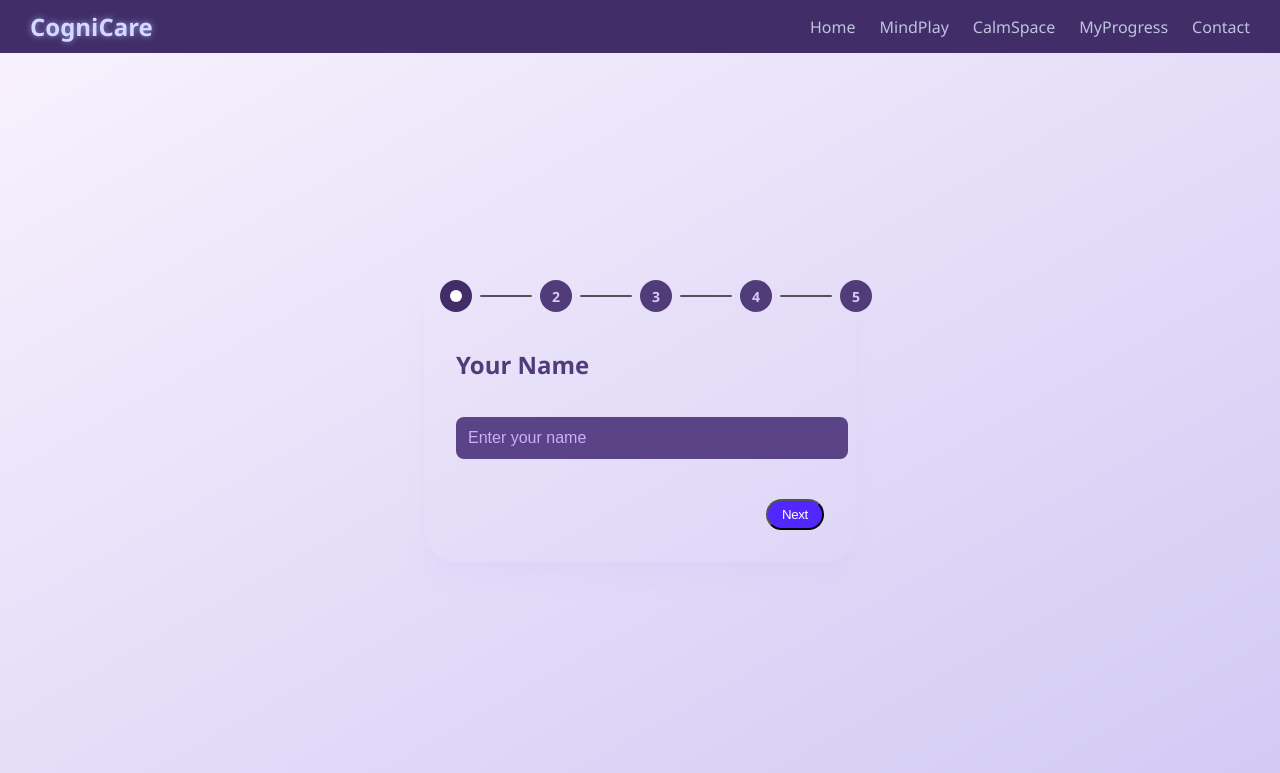
Repository: rujularaut/CogniCare
Page: /signup
These files come from the project's save history. The page is drawn as it stood at one moment and after the next save; the edit follows.
The browser window is 1280 px wide. The pictures show the whole page.
The project was rebuilt for these pictures with package versions that can differ from the ones it lists, and the page was loaded fresh each time. Also part of the build but not shown: src/components/Welcome.css, src/components/Welcome.js, src/components/Particles.css, src/components/Particles.js, src/components/Meditation.css, src/components/Meditation.js, src/components/Signup.css, src/components/Signup.js and 2 more.

Above is the page before, as saved 2025-06-24 14:49:11.

### src/App.js
import React from 'react';
import { BrowserRouter as Router, Routes, Route } from 'react-router-dom';
import './App.css';
import Welcome from './components/Welcome';
import Meditation from './components/Meditation';
import Signup from './components/Signup'; // ✅ Confirm this file exists
import Login from './components/Login';
import SignupStepper from './components/SignupStepper';

function App() {
  return (
    <Router>
      <div className="App">
        <nav>
          <div className="logo">CogniCare</div>
          <ul>
            <li><a href="/">Home</a></li>
            <li><a href="#">MindPlay</a></li>
            <li><a href="#">CalmSpace</a></li>
            <li><a href="#">MyProgress</a></li>
            <li><a href="#">Contact</a></li>
          </ul>
        </nav>

        <Routes>
          <Route path="/" element={
            <>
              <header>
                <h1>Welcome to CogniCare</h1>
                <p>Your mental health companion</p>
              </header>
              <Welcome />
              <Meditation />
            </>
          } />
          <Route path="/signup" element={<SignupStepper />} />
          <Route path="/signup" element={<Signup />} />
          <Route path="/login" element={<Login />} />
        </Routes>
      </div>
    </Router>
  );
}

export default App;

### src/App.css
body {
  margin: 0;
  padding: 0;
  font-family: 'Segoe UI', sans-serif;
  background-color: #0a001a;
  color: #d6d8ff;
}

nav {
  background-color: #412e69;
  color: #d6d8ff;
  display: flex;
  justify-content: space-between;
  align-items: center;
  padding: 10px 30px;
  box-shadow: 0 0 15px #a9b0ff20;
}

.logo {
  font-size: 24px;
  font-weight: bold;
  color: #d6d8ff;
  text-shadow: 0 0 6px #8b92d7;
}

nav ul {
  list-style: none;
  display: flex;
  gap: 24px;
  margin: 0;
  padding: 0;
}

nav ul li a {
  text-decoration: none;
  color: #c0c2e0;
  font-weight: 500;
  transition: color 0.3s ease;
}

nav ul li a:hover {
  color: #f7c258;
  text-shadow: 0 0 6px #a9b0ff;
}

header {
  background-color: #513c7a;
  padding: 5px;
  text-align: center;
  border-bottom: 6px solid #25003e;
}

h1 {
  margin-bottom: 10px;
  font-size: 45px;
  color: #d6d8ff;
  text-shadow: 0 0 10px #6c72ac;
}

p {
  font-size: 17px;
  color: #d6d8ff;
}

### src/components/SignupStepper.js
import React, { useState } from 'react';
import Stepper, { Step } from './Stepper';
import './SignupStepper.css';

const SignupStepper = () => {
  const [formData, setFormData] = useState({
    name: '',
    age: '',
    email: '',
    password: '',
  });

  const handleChange = (e) => {
    setFormData((prev) => ({ ...prev, [e.target.name]: e.target.value }));
  };

  return (
    <div className="signup-container">
      <Stepper
        initialStep={1}
        onFinalStepCompleted={() => console.log('Form complete', formData)}
        nextButtonText="Next"
        backButtonText="Back"
      >
        <Step>
          <h2>Your Name</h2>
          <input
            name="name"
            type="text"
            placeholder="Enter your name"
            value={formData.name}
            onChange={handleChange}
            required
          />
        </Step>
        <Step>
          <h2>Your Age</h2>
          <input
            name="age"
            type="number"
            placeholder="Enter your age"
            value={formData.age}
            onChange={handleChange}
            required
          />
        </Step>
        <Step>
          <h2>Email ID</h2>
          <input
            name="email"
            type="email"
            placeholder="Enter your email"
            value={formData.email}
            onChange={handleChange}
            required
          />
        </Step>
        <Step>
          <h2>Create Password</h2>
          <input
            name="password"
            type="password"
            placeholder="Create password"
            value={formData.password}
            onChange={handleChange}
            required
          />
        </Step>
        <Step>
          <h2>All Set!</h2>
          <p>Welcome, {formData.name} 🎉</p>
          <p>Already have an account? <a href="/login">Login here</a></p>
        </Step>
      </Stepper>
    </div>
  );
};

export default SignupStepper;

### src/components/Stepper.jsx
import React, { useState, Children, useRef, useLayoutEffect } from "react";
import { motion, AnimatePresence } from "framer-motion";

import "./Stepper.css";

export default function Stepper({
  children,
  initialStep = 1,
  onStepChange = () => { },
  onFinalStepCompleted = () => { },
  stepCircleContainerClassName = "",
  stepContainerClassName = "",
  contentClassName = "",
  footerClassName = "",
  backButtonProps = {},
  nextButtonProps = {},
  backButtonText = "Back",
  nextButtonText = "Continue",
  disableStepIndicators = false,
  renderStepIndicator,
  ...rest
}) {
  const [currentStep, setCurrentStep] = useState(initialStep);
  const [direction, setDirection] = useState(0);
  const stepsArray = Children.toArray(children);
  const totalSteps = stepsArray.length;
  const isCompleted = currentStep > totalSteps;
  const isLastStep = currentStep === totalSteps;

  const updateStep = (newStep) => {
    setCurrentStep(newStep);
    if (newStep > totalSteps) {
      onFinalStepCompleted();
    } else {
      onStepChange(newStep);
    }
  };

  const handleBack = () => {
    if (currentStep > 1) {
      setDirection(-1);
      updateStep(currentStep - 1);
    }
  };

  const handleNext = () => {
    if (!isLastStep) {
      setDirection(1);
      updateStep(currentStep + 1);
    }
  };

  const handleComplete = () => {
    setDirection(1);
    updateStep(totalSteps + 1);
  };

  return (
    <div className="outer-container" {...rest}>
      <div className={`step-circle-container ${stepCircleContainerClassName}`}>
        <div className={`step-indicator-row ${stepContainerClassName}`}>
          {stepsArray.map((_, index) => {
            const stepNumber = index + 1;
            const isNotLastStep = index < totalSteps - 1;
            return (
              <React.Fragment key={stepNumber}>
                {renderStepIndicator ? (
                  renderStepIndicator({
                    step: stepNumber,
                    currentStep,
                    onStepClick: (clicked) => {
                      setDirection(clicked > currentStep ? 1 : -1);
                      updateStep(clicked);
                    },
                  })
                ) : (
                  <StepIndicator
                    step={stepNumber}
                    disableStepIndicators={disableStepIndicators}
                    currentStep={currentStep}
                    onClickStep={(clicked) => {
                      setDirection(clicked > currentStep ? 1 : -1);
                      updateStep(clicked);
                    }}
                  />
                )}
                {isNotLastStep && (
                  <StepConnector isComplete={currentStep > stepNumber} />
                )}
              </React.Fragment>
            );
          })}
        </div>

        <StepContentWrapper
          isCompleted={isCompleted}
          currentStep={currentStep}
          direction={direction}
          className={`step-content-default ${contentClassName}`}
        >
          {stepsArray[currentStep - 1]}
        </StepContentWrapper>

        {!isCompleted && (
          <div className={`footer-container ${footerClassName}`}>
            <div className={`footer-nav ${currentStep !== 1 ? "spread" : "end"}`}>
              {currentStep !== 1 && (
                <button
                  onClick={handleBack}
                  className={`back-button ${currentStep === 1 ? "inactive" : ""}`}
                  {...backButtonProps}
                >
                  {backButtonText}
                </button>
              )}
              <button
                onClick={isLastStep ? handleComplete : handleNext}
                className="next-button"
                {...nextButtonProps}
              >
                {isLastStep ? "Complete" : nextButtonText}
              </button>
            </div>
          </div>
        )}
      </div>
    </div>
  );
}

function StepContentWrapper({ isCompleted, currentStep, direction, children, className }) {
  const [parentHeight, setParentHeight] = useState(0);

  return (
    <motion.div
      className={className}
      style={{ position: "relative", overflow: "hidden" }}
      animate={{ height: isCompleted ? 0 : parentHeight }}
      transition={{ type: "spring", duration: 0.4 }}
    >
      <AnimatePresence initial={false} mode="sync" custom={direction}>
        {!isCompleted && (
          <SlideTransition key={currentStep} direction={direction} onHeightReady={(h) => setParentHeight(h)}>
            {children}
          </SlideTransition>
        )}
      </AnimatePresence>
    </motion.div>
  );
}

function SlideTransition({ children, direction, onHeightReady }) {
  const containerRef = useRef(null);

  useLayoutEffect(() => {
    if (containerRef.current) onHeightReady(containerRef.current.offsetHeight);
  }, [children, onHeightReady]);

  return (
    <motion.div
      ref={containerRef}
      custom={direction}
      variants={stepVariants}
      initial="enter"
      animate="center"
      exit="exit"
      transition={{ duration: 0.4 }}
      style={{ position: "absolute", left: 0, right: 0, top: 0 }}
    >
      {children}
    </motion.div>
  );
}

const stepVariants = {
  enter: (dir) => ({
    x: dir >= 0 ? "-100%" : "100%",
    opacity: 0,
  }),
  center: {
    x: "0%",
    opacity: 1,
  },
  exit: (dir) => ({
    x: dir >= 0 ? "50%" : "-50%",
    opacity: 0,
  }),
};

export function Step({ children }) {
  return <div className="step-default">{children}</div>;
}

function StepIndicator({ step, currentStep, onClickStep, disableStepIndicators }) {
  const status = currentStep === step ? "active" : currentStep < step ? "inactive" : "complete";

  const handleClick = () => {
    if (step !== currentStep && !disableStepIndicators) onClickStep(step);
  };

  return (
    <motion.div onClick={handleClick} className="step-indicator" animate={status} initial={false}>
      <motion.div
        variants={{
          inactive: { scale: 1, backgroundColor: "#513c7a", color: "#d7cbf9" },
          active: { scale: 1, backgroundColor: "#412e69", color: "#d7cbf9" },
          complete: { scale: 1, backgroundColor: "#412e69", color: "#d7cbf9" },
        }}
        transition={{ duration: 0.3 }}
        className="step-indicator-inner"
      >
        {status === "complete" ? (
          <CheckIcon className="check-icon" />
        ) : status === "active" ? (
          <div className="active-dot" />
        ) : (
          <span className="step-number">{step}</span>
        )}
      </motion.div>
    </motion.div>
  );
}

function StepConnector({ isComplete }) {
  const lineVariants = {
    incomplete: { width: 0, backgroundColor: "transparent" },
    complete: { width: "100%", backgroundColor: "#5227FF" },
  };

  return (
    <div className="step-connector">
      <motion.div
        className="step-connector-inner"
        variants={lineVariants}
        initial={false}
        animate={isComplete ? "complete" : "incomplete"}
        transition={{ duration: 0.4 }}
      />
    </div>
  );
}

function CheckIcon(props) {
  return (
    <svg {...props} fill="none" stroke="currentColor" strokeWidth={2} viewBox="0 0 24 24">
      <motion.path
        initial={{ pathLength: 0 }}
        animate={{ pathLength: 1 }}
        transition={{ delay: 0.1, type: "tween", ease: "easeOut", duration: 0.3 }}
        strokeLinecap="round"
        strokeLinejoin="round"
        d="M5 13l4 4L19 7"
      />
    </svg>
  );
}

### src/components/SignupStepper.css
.signup-container {
background: linear-gradient(to bottom right, #f8f1fd, #d2caf4);
  color: #513c7a;
  min-height: 100vh;
  display: flex;
  justify-content: center;
  align-items: center;
}

input {
  width: 100%;
  padding: 12px;
  margin-top: 1em;
  border-radius: 8px;
  border: none;
  font-size: 16px;
  background-color: #5a4386;
  color: #d7cbf9;
}

input::placeholder {
  color: #cab0ff;
}

### src/components/Stepper.css
.outer-container {
  display: flex;
  min-height: 100%;
  flex: 1 1 0%;
  flex-direction: column;
  align-items: center;
  justify-content: center;
  padding: 1rem;
}

@media (min-width: 640px) {
  .outer-container {
    aspect-ratio: 4 / 3;
  }
}

@media (min-width: 768px) {
  .outer-container {
    aspect-ratio: 2 / 1;
  }
}

.step-circle-container {
  margin-left: auto;
  margin-right: auto;
  width: 100%;
  max-width: 27rem;
  border-radius: 2rem;
  box-shadow: 0 20px 25px -5px rgba(207, 178, 246, 0.1),
    0 10px 10px -5px rgba(193, 176, 247, 0.04);
}

.step-indicator-row {
  display: flex;
  width: 100%;
  align-items: center;
  padding: 1rem;
}

.step-content-default {
  position: relative;
  overflow: hidden;
}

.step-default {
  padding-left: 2rem;
  padding-right: 2rem;
}

.footer-container {
  padding-left: 2rem;
  padding-right: 2rem;
  padding-bottom: 2rem;
}

.footer-nav {
  margin-top: 2.5rem;
  display: flex;
}

.footer-nav.spread {
  justify-content: space-between;
}

.footer-nav.end {
  justify-content: flex-end;
}

.back-button {
  transition: all 350ms;
  border-radius: 0.25rem;
  padding: 0.25rem 0.5rem;
  color: #a3a3a3;
  cursor: pointer;
}

.back-button:hover {
  color: #52525b;
}

.back-button.inactive {
  pointer-events: none;
  opacity: 0.5;
  color: #a3a3a3;
}

.next-button {
  transition: all 350ms;
  display: flex;
  align-items: center;
  justify-content: center;
  border-radius: 9999px;
  background-color: #5227FF;
  color: #fff;
  font-weight: 500;
  letter-spacing: -0.025em;
  padding: 0.375rem 0.875rem;
  cursor: pointer;
}

.next-button:hover {
  background-color: #5227FF;
}

.next-button:active {
  background-color: #5227FF;
}

.step-indicator {
  position: relative;
  cursor: pointer;
  outline: none;
}

.step-indicator-inner {
  display: flex;
  height: 2rem;
  width: 2rem;
  align-items: center;
  justify-content: center;
  border-radius: 9999px;
  font-weight: 600;
}

.active-dot {
  height: 0.75rem;
  width: 0.75rem;
  border-radius: 9999px;
  background-color: #fff;
}

.step-number {
  font-size: 0.875rem;
}

.step-connector {
  position: relative;
  margin-left: 0.5rem;
  margin-right: 0.5rem;
  height: 0.125rem;
  flex: 1;
  overflow: hidden;
  border-radius: 0.25rem;
  background-color: #52525b;
}

.step-connector-inner {
  position: absolute;
  left: 0;
  top: 0;
  height: 100%;
}

.check-icon {
  height: 1rem;
  width: 1rem;
  color: #fff;
}

Loaded but not shown: public/index.html (common file); src/index.js (common file); src/index.css (common file)

After the next save:
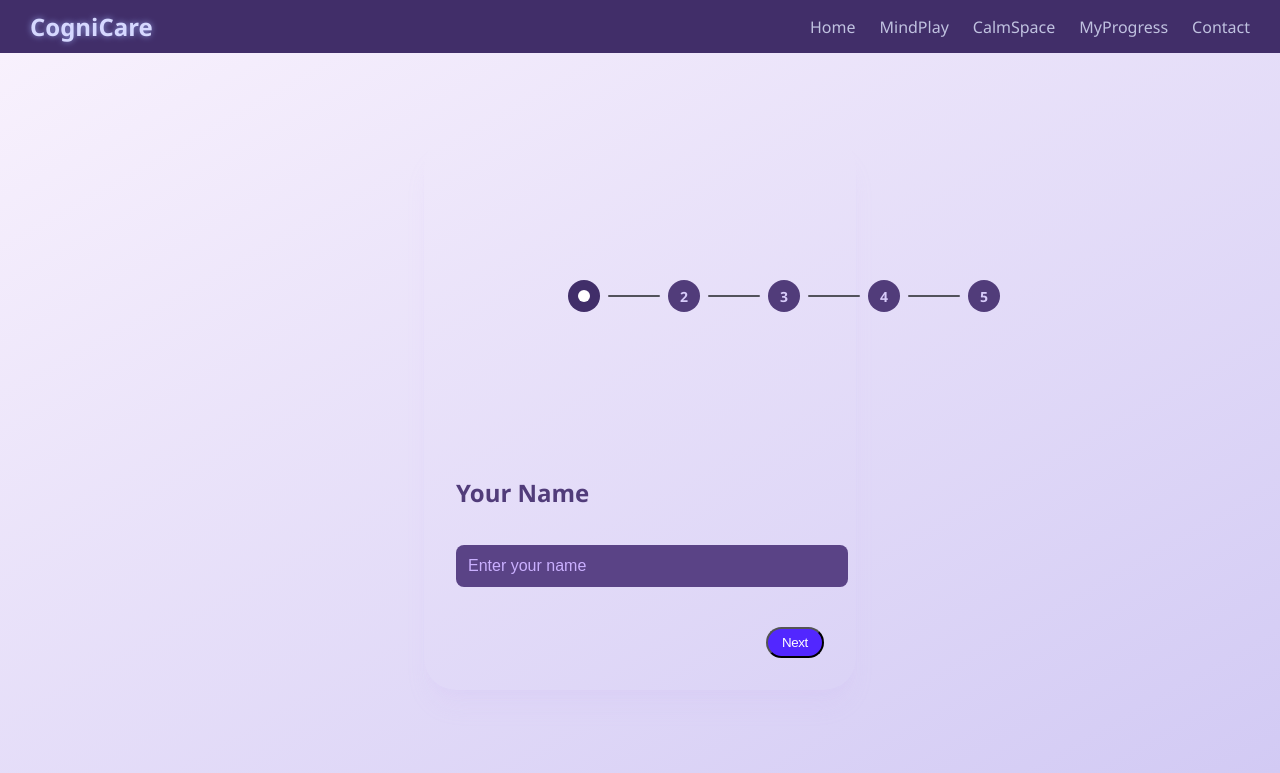
Saved 7 s later.
--- a/src/components/Stepper.css
+++ b/src/components/Stepper.css
@@ -34,7 +34,7 @@
   display: flex;
   width: 100%;
   align-items: center;
-  padding: 1rem;
+  padding: 9rem;
 }
 
 .step-content-default {
